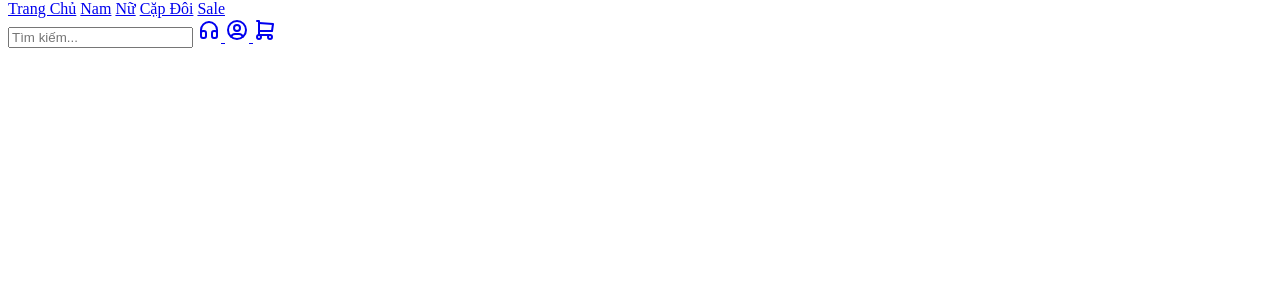
Repository: manhhieu120499/demo_page
Page: nam.html
These files come from the project's save history. The page is drawn as it stood at one moment and after the next save; the edit follows.
The browser window is 1280 px wide. The pictures show the whole page.

Above is the page before, as saved 2023-03-04 15:44:52.

### nam.html
<!DOCTYPE html>
<html lang="en">
<head>
    <meta charset="UTF-8">
    <meta http-equiv="X-UA-Compatible" content="IE=edge">
    <meta name="viewport" content="width=device-width, initial-scale=1.0">
    <title>Document</title>
    <link rel="stylesheet" href="./style_nam.css">
</head>
<body>
    <div class="wrap">
        <div class="header">
            <div class="header_nav">
                <a href="#">Trang Chủ</a>
                <a href="#">Nam</a>
                <a href="#">Nữ</a>
                <a href="#">Cặp Đôi</a>
                <a href="#">Sale</a>
            </div>
            <div class="right_header">
                <input type="text" placeholder="Tìm kiếm...">
                <a href="#">
                    <svg xmlns="http://www.w3.org/2000/svg" class="icon icon-tabler icon-tabler-headphones" width="24" height="24" viewBox="0 0 24 24" stroke-width="2" stroke="currentColor" fill="none" stroke-linecap="round" stroke-linejoin="round">
                        <path stroke="none" d="M0 0h24v24H0z" fill="none"></path>
                        <path d="M4 13m0 2a2 2 0 0 1 2 -2h1a2 2 0 0 1 2 2v3a2 2 0 0 1 -2 2h-1a2 2 0 0 1 -2 -2z"></path>
                        <path d="M15 13m0 2a2 2 0 0 1 2 -2h1a2 2 0 0 1 2 2v3a2 2 0 0 1 -2 2h-1a2 2 0 0 1 -2 -2z"></path>
                        <path d="M4 15v-3a8 8 0 0 1 16 0v3"></path>
                     </svg>
                </a>
                <a href="#">
                    <svg xmlns="http://www.w3.org/2000/svg" class="icon icon-tabler icon-tabler-user-circle" width="24" height="24" viewBox="0 0 24 24" stroke-width="2" stroke="currentColor" fill="none" stroke-linecap="round" stroke-linejoin="round">
                        <path stroke="none" d="M0 0h24v24H0z" fill="none"></path>
                        <path d="M12 12m-9 0a9 9 0 1 0 18 0a9 9 0 1 0 -18 0"></path>
                        <path d="M12 10m-3 0a3 3 0 1 0 6 0a3 3 0 1 0 -6 0"></path>
                        <path d="M6.168 18.849a4 4 0 0 1 3.832 -2.849h4a4 4 0 0 1 3.834 2.855"></path>
                     </svg>
                </a>
                <a href="#">
                    <svg xmlns="http://www.w3.org/2000/svg" class="icon icon-tabler icon-tabler-shopping-cart" width="24" height="24" viewBox="0 0 24 24" stroke-width="2" stroke="currentColor" fill="none" stroke-linecap="round" stroke-linejoin="round">
                        <path stroke="none" d="M0 0h24v24H0z" fill="none"></path>
                        <path d="M6 19m-2 0a2 2 0 1 0 4 0a2 2 0 1 0 -4 0"></path>
                        <path d="M17 19m-2 0a2 2 0 1 0 4 0a2 2 0 1 0 -4 0"></path>
                        <path d="M17 17h-11v-14h-2"></path>
                        <path d="M6 5l14 1l-1 7h-13"></path>
                     </svg>
                </a>
            </div>
        </div>
    </div>
</body>
</html>

### style_nam.css
* {
    margin-top: 0;
}

After the next save:
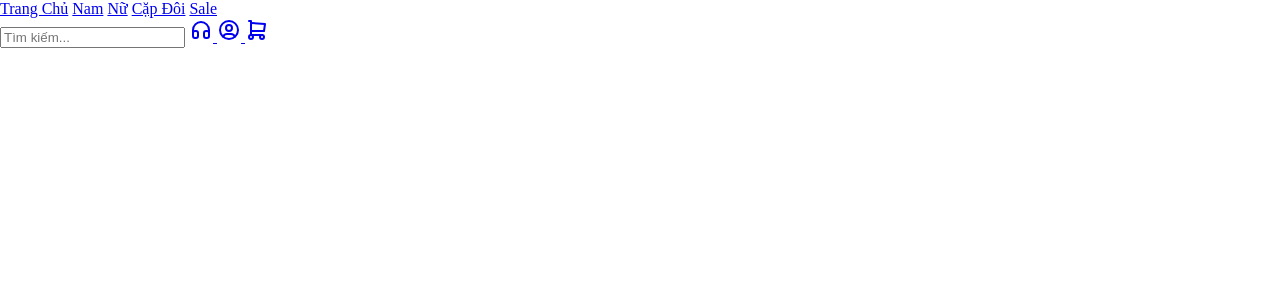
Saved 10 s later.
--- a/style_nam.css
+++ b/style_nam.css
@@ -1,3 +1,4 @@
 * {
-    margin-top: 0;
+    margin: 0;
+    border: ;
 }
